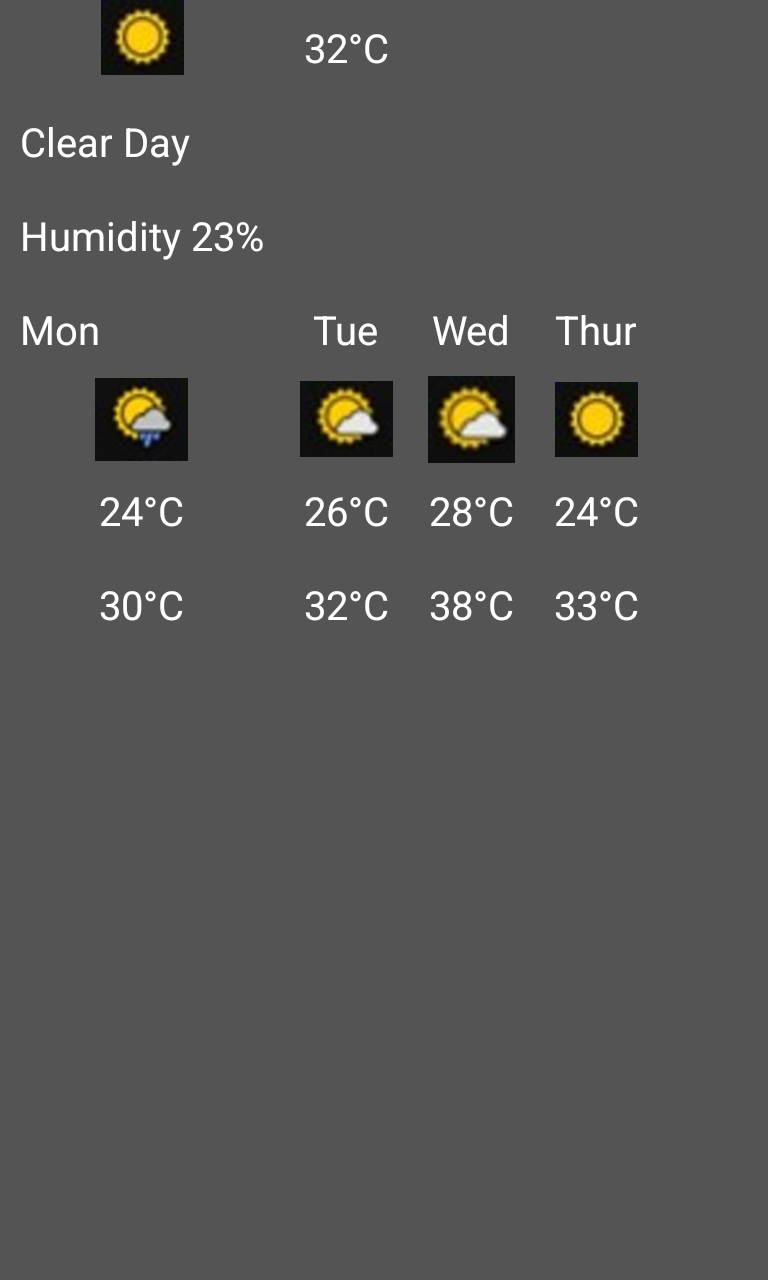
Repository: 12030121002/androideventhandling
Layout: Demo/res/layout/weather.xml
These files come from the project's save history. The layout is drawn as it stood at one moment and after the next save; the edit follows.
It is drawn on a 768 x 1280 px phone screen (xhdpi) without system bars, with theme AppTheme; the app's code is not run.

Above is the layout before, as saved 2014-12-08 05:08:09.

After the next save:
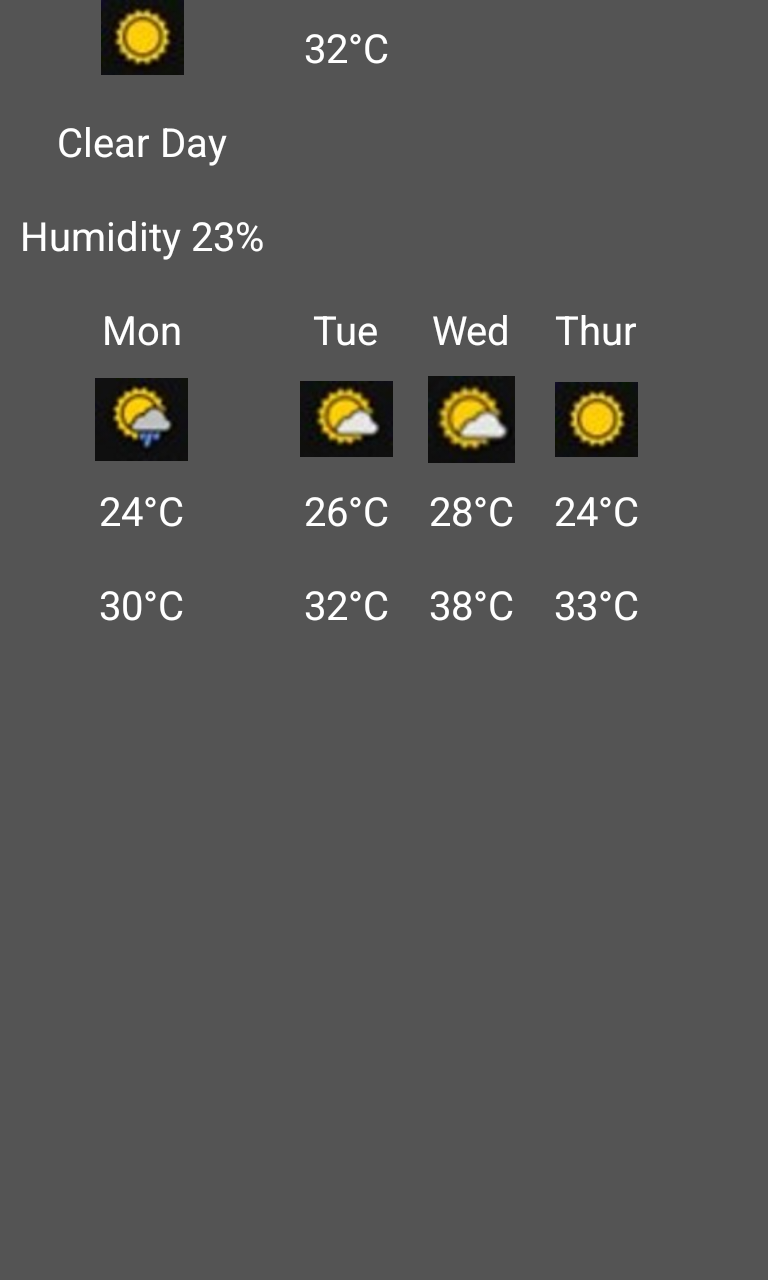
Saved 22 s later.
--- a/Demo/res/layout/weather.xml
+++ b/Demo/res/layout/weather.xml
@@ -32,7 +32,7 @@
         android:textColor="@color/white"
         android:padding="10dp"
         android:textSize="20sp"
-        android:layout_gravity="centre"
+        android:layout_gravity="center"
         />
     </TableRow>
  <TableRow android:layout_width="wrap_content"
@@ -45,7 +45,7 @@
         android:textColor="@color/white"
         android:padding="10dp"
         android:textSize="20sp"
-        android:layout_gravity="centre"
+        android:layout_gravity="center"
      />
 
        </TableRow>
@@ -60,7 +60,7 @@
         android:textColor="@color/white"
         android:padding="10dp"
         android:textSize="20sp"
-        android:layout_gravity="centre"
+        android:layout_gravity="center"
         />
 
     <TextView
